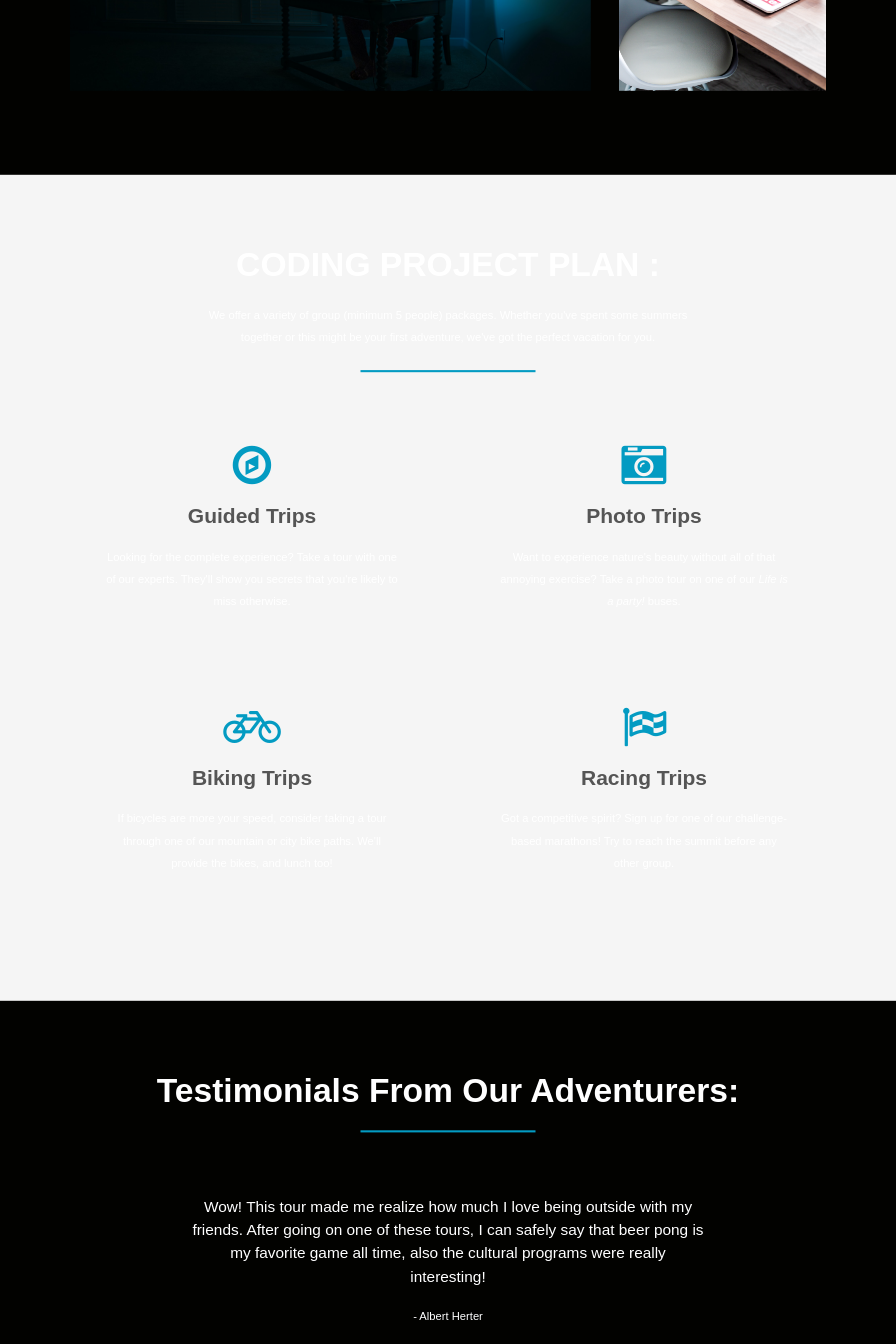
Repository: Samkiroko/Techcamp-html
Page: index.html
The author's editor kept a copy of each file at every save. The page is drawn from the files as they stood at one save, then again after the next save.
The browser window is 1280 px wide. The pictures show the part of the page from y = 1634 to 3554 px (the page is 4704 px tall before and 1884 px after), at 70% of full size.

Above is the page before, as saved 2021-08-05 16:54:19.
Not found: assets/css/styles.css

### index.html
<!DOCTYPE html>
<html lang="en">

<head>
    <meta charset="UTF-8">
    <title>Tech Camp start-up</title>
    <link rel="stylesheet" href="./style.css">

</head>


<!-- partial:index.partial.html -->
<link rel="preconnect" href="https://fonts.googleapis.com">
<link rel="preconnect" href="https://fonts.gstatic.com" crossorigin>
<link href="https://fonts.googleapis.com/css2?family=Poppins:wght@200;400;600&display=swap" rel="stylesheet">
<link rel="stylesheet" href="https://maxcdn.bootstrapcdn.com/font-awesome/4.7.0/css/font-awesome.min.css">
<link rel="stylesheet" href="assets/css/styles.css">
</head>


<!-- Forked from a template on Tutorialzine: https://tutorialzine.com/2016/06/freebie-landing-page-template-with-flexbox -->
<header>
    <h2><a href="#">{Sleep & Code}</a></h2>
    <nav>
        <li><a href="#">Project</a></li>
        <li><a href="#">About</a></li>
        <li><a href="#">Contact-us</a></li>
    </nav>
</header>

<section class="hero">
    <div class="background-image"></div>
    <div class="hero-content-area">
        <h1>Developer Life</h1>
        <h3>Eat code sleep, Eat code sleep, Repeat</h3>
        <a href="#" class="btn ">Contact Us Now <span class="fa fa-arrow-right"></span></a>
    </div>
</section>

<section class="destinations">
    <h3 class="title">CODING <span class="project">PROJECT</span> PLAN:</h3>
    <p>Tired of the beach alone? Are the plains too plain? Come along with us on one of our unusual adventures with yout friends. Here are some pictures from people who have had elevated experiences with us.</p>
    <hr>

    <ul class="grid">
        <li class="small image-1"></li>
        <li class="large image-2"></li>
        <li class="large image-3"></li>
        <li class="small image-4"></li>
    </ul>
</section>

<section class="packages">
    <h3 class="title">CODING PROJECT PLAN :</h3>
    <p>We offer a variety of group (minimum 5 people) packages. Whether you've spent some summers together or this might be your first adventure, we've got the perfect vacation for you.</p>
    <hr>

    <ul class="grid">
        <li>
            <i class="fa fa-compass fa-4x"></i>
            <h4>Guided Trips</h4>
            <p>Looking for the complete experience? Take a tour with one of our experts. They'll show you secrets that you're likely to miss otherwise.</p>
        </li>
        <li>
            <i class="fa fa-camera-retro fa-4x"></i>
            <h4>Photo Trips</h4>
            <p>Want to experience nature's beauty without all of that annoying exercise? Take a photo tour on one of our <em>Life is a party!</em> buses.</p>
        </li>
        <li>
            <i class="fa fa-bicycle fa-4x"></i>
            <h4>Biking Trips</h4>
            <p>If bicycles are more your speed, consider taking a tour through one of our mountain or city bike paths. We'll provide the bikes, and lunch too!</p>
        </li>
        <li>
            <i class="fa fa-flag-checkered fa-4x"></i>
            <h4>Racing Trips</h4>
            <p>Got a competitive spirit? Sign up for one of our challenge-based marathons! Try to reach the summit before any other group.</p>
        </li>
    </ul>
</section>

<section class="testimonials">
    <h3 class="title">Testimonials from our adventurers:</h3>
    <hr>
    <p class="quote">Wow! This tour made me realize how much I love being outside with my friends. After going on one of these tours, I can safely say that beer pong is my favorite game all time, also the cultural programs were really interesting!</p>
    <p class="author">- Albert Herter</p>
    <p class="quote">Wow, this really blew my mind. We had so much fun at the beach, and also some hidden secrets revealed. Come on, I'm living in this city for 5 years. Amazing!</p>
    <p class="author">- Sharon Rosenberg</p>
    <p class="quote">If you want to understand your friends better, head to the mountains. I mean, seriously. It's like sitting next to a campfire and just talk in the sunset, woah. You know? It's like that.</p>
    <p class="author">- Luis Mendoza</p>
</section>

<section class="contact">
    <h3 class="title">Learn more</h3>
    <p>Want to know about our upcoming events, or come to one of our mixers? Just sign up for our mailing list. No spam from us, we promise! Except for the spam we give you to keep up your energy while you're having fun with your friends. Have a blast! We
        have tons of that.</p>
    <hr>
    <form>
        <input type="email" placeholder="Email">
        <a href="#" class="btn">Subscribe now</a>
    </form>
</section>

<footer>
    <p>Images courtesy of <a href="http://unsplash.com/">unsplash</a>.</p>
    <p>Why are you even reading this?! There's never anything interesting in the footer!</p>
    <ul>
        <li><a href="#"><i class="fa fa-twitter-square fa-2x"></i></a></li>
        <li><a href="#"><i class="fa fa-facebook-square fa-2x"></i></a></li>
        <li><a href="#"><i class="fa fa-snapchat-square fa-2x"></i></a></li>
    </ul>
</footer>
<!-- partial -->

</body>

</html>

### style.css
/*General Styles*/

* {
    margin: 0;
    padding: 0;
    box-sizing: border-box;
}

body {
    background: #020200;
}

html {
    font-size: 16px;
    font-family: 'Raleway', sans-serif;
    color: #fff;
}

ul,
nav {
    list-style: none;
}

a {
    text-decoration: none;
    opacity: 0.75;
    color: #fff;
}

a:hover {
    opacity: 1;
}

a.btn {
    border-radius: 4px;
    text-transform: uppercase;
    font-weight: bold;
    text-align: center;
    background-color: #039bc2;
    opacity: 1;
    transition: all 400ms;
}

a.btn:hover {
    background-color: #ce5856;
}

section {
    display: flex;
    flex-direction: column;
    align-items: center;
    padding: 100px 80px;
}

section:not(.hero):nth-child(even) {
    background-color: #f5f5f5;
}

.grid {
    width: 100%;
    display: flex;
    flex-wrap: wrap;
    justify-content: center;
}

hr {
    width: 250px;
    height: 3px;
    background-color: #039bc2;
    border: 0;
    margin-bottom: 50px;
}


/*
.image-1 {
    background-image: url('https://images.unsplash.com/photo-1505852903341-fc8d3db10436?ixlib=rb-0.3.5&q=80&fm=jpg&crop=entropy&cs=tinysrgb&w=1600&h=900&fit=crop&s=e2f72e62d5f4f04256dd9305d5f51f3c');
}

.image-2 {
    background-image: url('https://images.unsplash.com/photo-1475483768296-6163e08872a1?ixlib=rb-0.3.5&q=80&fm=jpg&crop=entropy&cs=tinysrgb&w=1600&h=900&fit=crop&s=20b3b1c3caef8c619ac3c75c07a7eafb');
}

.image-3 {
    background-image: url('https://images.unsplash.com/photo-1490576198307-6ff97609a0cc?ixlib=rb-0.3.5&q=80&fm=jpg&crop=entropy&cs=tinysrgb&w=1600&h=900&fit=crop&s=a0dbd168637edc2cfdac3715ab23d519');
}

.image-4 {
    background-image: url('https://images.unsplash.com/photo-1505483531331-fc3cf89fd382?ixlib=rb-0.3.5&q=80&fm=jpg&crop=entropy&cs=tinysrgb&w=1600&h=900&fit=crop&s=4f305bbc0243f81f1bf6053a62d76297');
} */

section h3.title {
    text-transform: capitalize;
    font: bold 48px 'Amatic SC', sans-serif;
    margin-bottom: 30px;
    text-align: center;
    color: #fff;
}

section p {
    max-width: 775px;
    line-height: 2;
    padding: 0 20px;
    margin-bottom: 30px;
    text-align: center;
    color: #ffff;
}

@media (max-width: 800px) {
    section {
        padding: 50px 20px;
    }
}


/*Header Styles*/

header {
    position: absolute;
    width: 100%;
    display: flex;
    justify-content: space-between;
    align-items: center;
    padding: 35px 100px 0;
    animation: 1s fadein 0.5s forwards;
    opacity: 0;
    color: #fff;
    z-index: 2;
}

@keyframes fadein {
    100% {
        opacity: 1;
    }
}

header h2 {
    font-family: 'Amatic SC', sans-serif;
}

header nav {
    display: flex;
    margin-right: -15px;
}

header nav li {
    margin: 0 15px;
}

@media (max-width: 800px) {
    header {
        padding: 20px 50px;
        flex-direction: column;
    }
    header h2 {
        margin-bottom: 15px;
    }
}


/*Hero Styles*/

.hero {
    position: relative;
    justify-content: center;
    text-align: center;
    min-height: 100vh;
    color: #fff;
}

.hero .background-image {
    position: absolute;
    top: 0;
    left: 0;
    width: 100%;
    height: 100%;
    background-image: url('img/hp.jpg');
    background-size: cover;
    z-index: -1;
    background-color: #80a3db;
}

.hero h1 {
    font: 72px 'Amatic SC', sans-serif;
    text-shadow: 2px 2px rgba(0, 0, 0, 0.3);
    margin-bottom: 15px;
}

.hero h3 {
    font: 28px 'Raleway', sans-serif;
    font-weight: 300;
    text-shadow: 2px 2px rgba(0, 0, 0, 0.3);
    margin-bottom: 40px;
}

.hero a.btn {
    padding: 20px 46px;
}

.hero-content-area {
    opacity: 0;
    margin-top: 100px;
    animation: 1s slidefade 1s forwards;
}

@keyframes slidefade {
    100% {
        opacity: 1;
        margin: 0;
    }
}

@media (max-width: 800px) {
    .hero {
        min-height: 600px;
    }
    .hero h1 {
        font-size: 48px;
    }
    .hero h3 {
        font-size: 24px;
    }
    .hero a.btn {
        padding: 15px 40px;
    }
}


/*Destinations Section*/

.destinations .grid li {
    height: 350px;
    padding: 20px;
    background-clip: content-box;
    background-size: cover;
    background-position: center;
}

.destinations .grid li.small {
    flex-basis: 30%;
}

.destinations .grid li.large {
    flex-basis: 70%;
}

@media (max-width: 1100px) {
    .destinations .grid li.small,
    .destinations .grid li.large {
        flex-basis: 50%;
    }
}

@media (max-width: 800px) {
    .destinations .grid li.small,
    .destinations .grid li.large {
        flex-basis: 100%;
    }
}


/*Packages Section*/

.packages .grid li {
    padding: 50px;
    flex-basis: 50%;
    text-align: center;
}

.packages .grid li i {
    color: #039bc2;
}

.project {
    color: #039bc2;
}

.packages .grid li h4 {
    font-size: 30px;
    margin: 25px 0;
}

@media (max-width: 800px) {
    .packages .grid li {
        flex-basis: 100%;
        padding: 20px;
    }
}


/*Testimonials Section*/

.testimonials .quote {
    font-size: 22px;
    font-weight: 300;
    line-height: 1.5;
    margin: 40px 0 25px;
}

@media (max-width: 800px) {
    .testimonials .quote {
        font-size: 18px;
        margin: 15px 0;
    }
    .testimonials .author {
        font-size: 14px;
    }
}


/*Contact Section*/

.contact form {
    display: flex;
    align-items: center;
    justify-content: center;
    flex-wrap: wrap;
    width: 60%;
}

.contact form .btn {
    padding: 18px 42px;
}

.contact form input {
    padding: 15px;
    margin-right: 30px;
    font-size: 18px;
    color: #555;
    flex: 1;
}

@media (max-width: 1000px) {
    .contact form input {
        flex-basis: 100%;
        margin: 0 0 20px 0;
    }
}


/*Footer Section*/

footer {
    display: flex;
    align-items: center;
    justify-content: space-around;
    background-color: #555;
    color: #fff;
    padding: 20px 0;
}

footer ul {
    display: flex;
}

footer ul li {
    margin-left: 16px;
}

footer p {
    text-transform: uppercase;
    font-size: 14px;
    opacity: 0.6;
    align-self: center;
}

@media (max-width: 1100px) {
    footer {
        flex-direction: column;
    }
    footer p {
        text-align: center;
        margin-bottom: 20px;
    }
    footer ul li {
        margin: 0 8px;
    }
}


/*General Styles*/

* {
    margin: 0;
    padding: 0;
    box-sizing: border-box;
}

html {
    font-size: 16px;
    font-family: 'Raleway', sans-serif;
    color: #555;
}

ul,
nav {
    list-style: none;
}

a {
    text-decoration: none;
    opacity: 0.75;
    color: #fff;
}

a:hover {
    opacity: 1;
}

a.btn {
    border-radius: 4px;
    text-transform: uppercase;
    font-weight: bold;
    text-align: center;
    background-color: #039bc2;
    opacity: 1;
    transition: all 400ms;
}

a.btn:hover {
    background-color: #ce5856;
}

section {
    display: flex;
    flex-direction: column;
    align-items: center;
    padding: 100px 80px;
}

section:not(.hero):nth-child(even) {
    background-color: #f5f5f5;
}

.grid {
    width: 100%;
    display: flex;
    flex-wrap: wrap;
    justify-content: center;
}

hr {
    width: 250px;
    height: 3px;
    background-color: #039bc2;
    border: 0;
    margin-bottom: 50px;
}

.image-1 {
    background-image: url('img/img1.jpg');
}

.image-2 {
    background-image: url('img/img2.jpg');
}

.image-3 {
    background-image: url('img/img3.jpg');
}

.image-4 {
    background-image: url('img/img4.jpg');
}

section h3.title {
    color: ffff !important;
    text-transform: capitalize;
    font: bold 48px 'Amatic SC', sans-serif;
    margin-bottom: 30px;
    text-align: center;
}

section p {
    max-width: 775px;
    line-height: 2;
    padding: 0 20px;
    margin-bottom: 30px;
    text-align: center;
}

@media (max-width: 800px) {
    section {
        padding: 50px 20px;
    }
}


/*Header Styles*/

header {
    position: absolute;
    width: 100%;
    display: flex;
    justify-content: space-between;
    align-items: center;
    padding: 35px 100px 0;
    animation: 1s fadein 0.5s forwards;
    opacity: 0;
    color: #fff;
    z-index: 2;
}

@keyframes fadein {
    100% {
        opacity: 1;
    }
}

header h2 {
    font-family: 'Amatic SC', sans-serif;
}

header nav {
    display: flex;
    margin-right: -15px;
}

header nav li {
    margin: 0 15px;
}

@media (max-width: 800px) {
    header {
        padding: 20px 50px;
        flex-direction: column;
    }
    header h2 {
        margin-bottom: 15px;
    }
}


/*Hero Styles*/

.hero {
    position: relative;
    justify-content: center;
    text-align: center;
    min-height: 100vh;
    color: #fff;
}

.hero .background-image {
    position: absolute;
    top: 0;
    left: 0;
    width: 100%;
    height: 100%;
    background-image: url('img/hp.jpg');
    background-size: cover;
    z-index: -1;
    background-color: #80a3db;
}

.hero h1 {
    font: 72px 'Poppins', sans-serif;
    text-shadow: 2px 2px rgba(0, 0, 0, 0.3);
    margin-bottom: 15px;
}

.hero h3 {
    font: 28px 'Poppins', sans-serif;
    font-weight: 300;
    text-shadow: 2px 2px rgba(0, 0, 0, 0.3);
    margin-bottom: 40px;
}

.hero a.btn {
    padding: 20px 46px;
}

.hero-content-area {
    opacity: 0;
    margin-top: 100px;
    animation: 1s slidefade 1s forwards;
}

@keyframes slidefade {
    100% {
        opacity: 1;
        margin: 0;
    }
}

@media (max-width: 800px) {
    .hero {
        min-height: 600px;
    }
    .hero h1 {
        font-size: 48px;
    }
    .hero h3 {
        font-size: 24px;
    }
    .hero a.btn {
        padding: 15px 40px;
    }
}


/*Destinations Section*/

.destinations .grid li {
    height: 350px;
    padding: 20px;
    background-clip: content-box;
    background-size: cover;
    background-position: center;
}

.destinations .grid li.small {
    flex-basis: 30%;
}

.destinations .grid li.large {
    flex-basis: 70%;
}

@media (max-width: 1100px) {
    .destinations .grid li.small,
    .destinations .grid li.large {
        flex-basis: 50%;
    }
}

@media (max-width: 800px) {
    .destinations .grid li.small,
    .destinations .grid li.large {
        flex-basis: 100%;
    }
}


/*Packages Section*/

.packages .grid li {
    padding: 50px;
    flex-basis: 50%;
    text-align: center;
}

.packages .grid li i {
    color: #039bc2;
}

.packages .grid li h4 {
    font-size: 30px;
    margin: 25px 0;
}

@media (max-width: 800px) {
    .packages .grid li {
        flex-basis: 100%;
        padding: 20px;
    }
}


/*Testimonials Section*/

.testimonials .quote {
    font-size: 22px;
    font-weight: 300;
    line-height: 1.5;
    margin: 40px 0 25px;
}

@media (max-width: 800px) {
    .testimonials .quote {
        font-size: 18px;
        margin: 15px 0;
    }
    .testimonials .author {
        font-size: 14px;
    }
}


/*Contact Section*/

.contact form {
    display: flex;
    align-items: center;
    justify-content: center;
    flex-wrap: wrap;
    width: 60%;
}

.contact form .btn {
    padding: 18px 42px;
}

.contact form input {
    padding: 15px;
    margin-right: 30px;
    font-size: 18px;
    color: #555;
    flex: 1;
}

@media (max-width: 1000px) {
    .contact form input {
        flex-basis: 100%;
        margin: 0 0 20px 0;
    }
}


/*Footer Section*/

footer {
    display: flex;
    align-items: center;
    justify-content: space-around;
    background-color: #555;
    color: #fff;
    padding: 20px 0;
}

footer ul {
    display: flex;
}

footer ul li {
    margin-left: 16px;
}

footer p {
    text-transform: uppercase;
    font-size: 14px;
    opacity: 0.6;
    align-self: center;
}

@media (max-width: 1100px) {
    footer {
        flex-direction: column;
    }
    footer p {
        text-align: center;
        margin-bottom: 20px;
    }
    footer ul li {
        margin: 0 8px;
    }
}

After the next save:
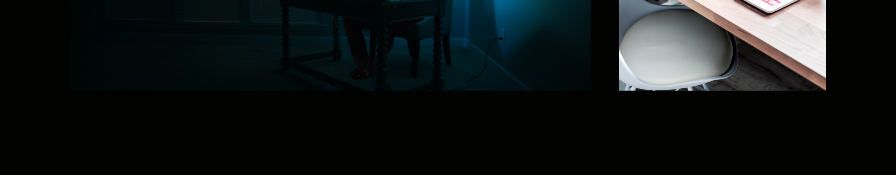
Saved 72 s later.
--- a/index.html
+++ b/index.html
@@ -50,7 +50,7 @@
     </ul>
 </section>
 
-<section class="packages">
+<!-- <section class="packages">
     <h3 class="title">CODING PROJECT PLAN :</h3>
     <p>We offer a variety of group (minimum 5 people) packages. Whether you've spent some summers together or this might be your first adventure, we've got the perfect vacation for you.</p>
     <hr>
@@ -109,7 +109,7 @@
         <li><a href="#"><i class="fa fa-facebook-square fa-2x"></i></a></li>
         <li><a href="#"><i class="fa fa-snapchat-square fa-2x"></i></a></li>
     </ul>
-</footer>
+</footer> -->
 <!-- partial -->
 
 </body>
